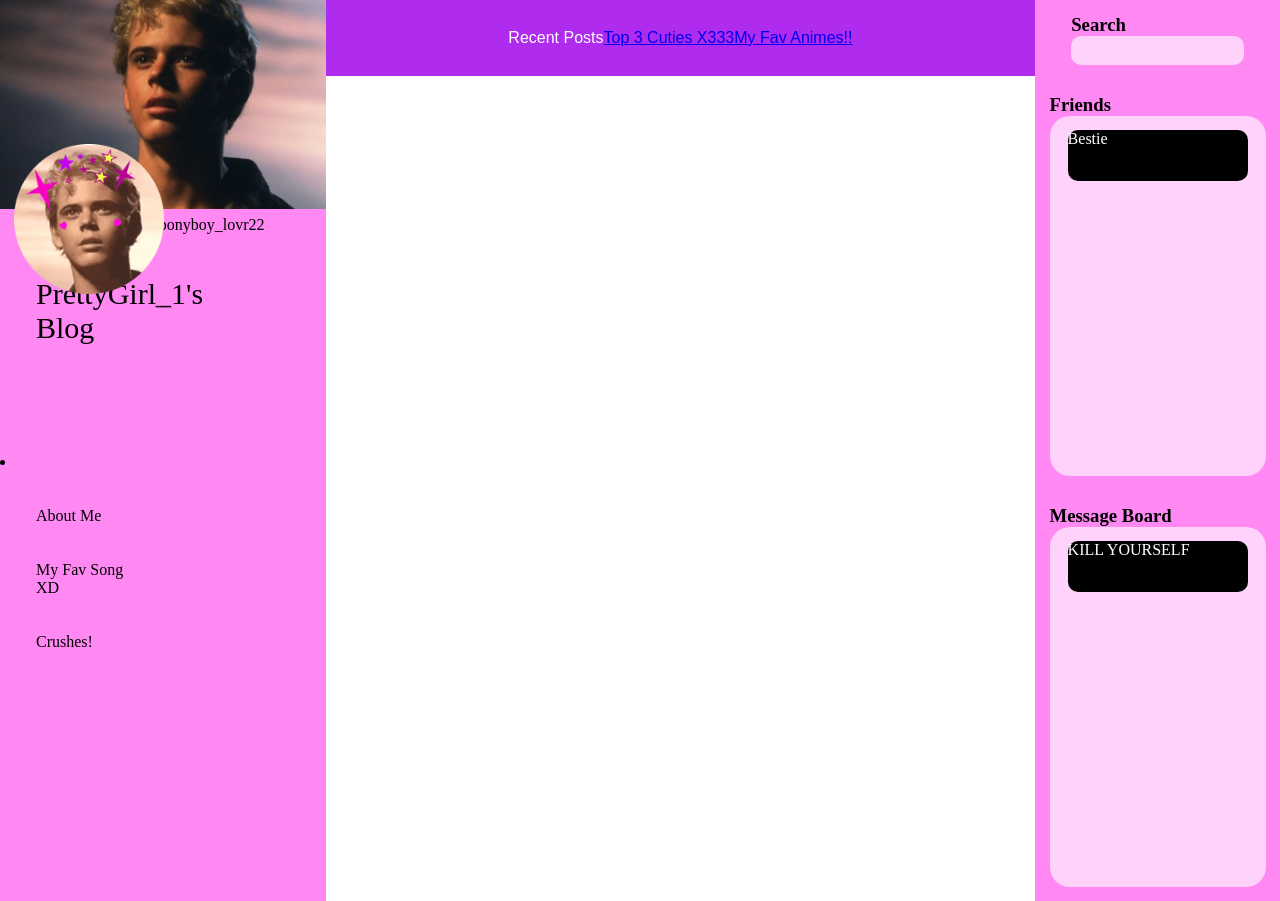
Repository: Jennica1/Frontend-Final
Page: index.html
An editor plug-in stored every save of this project. The page is shown before and after the next save, followed by the edit.
The browser window is 1280 px wide. The pictures show the whole page.

Above is the page before, as saved 2024-05-16 20:43:26.

After the next save:
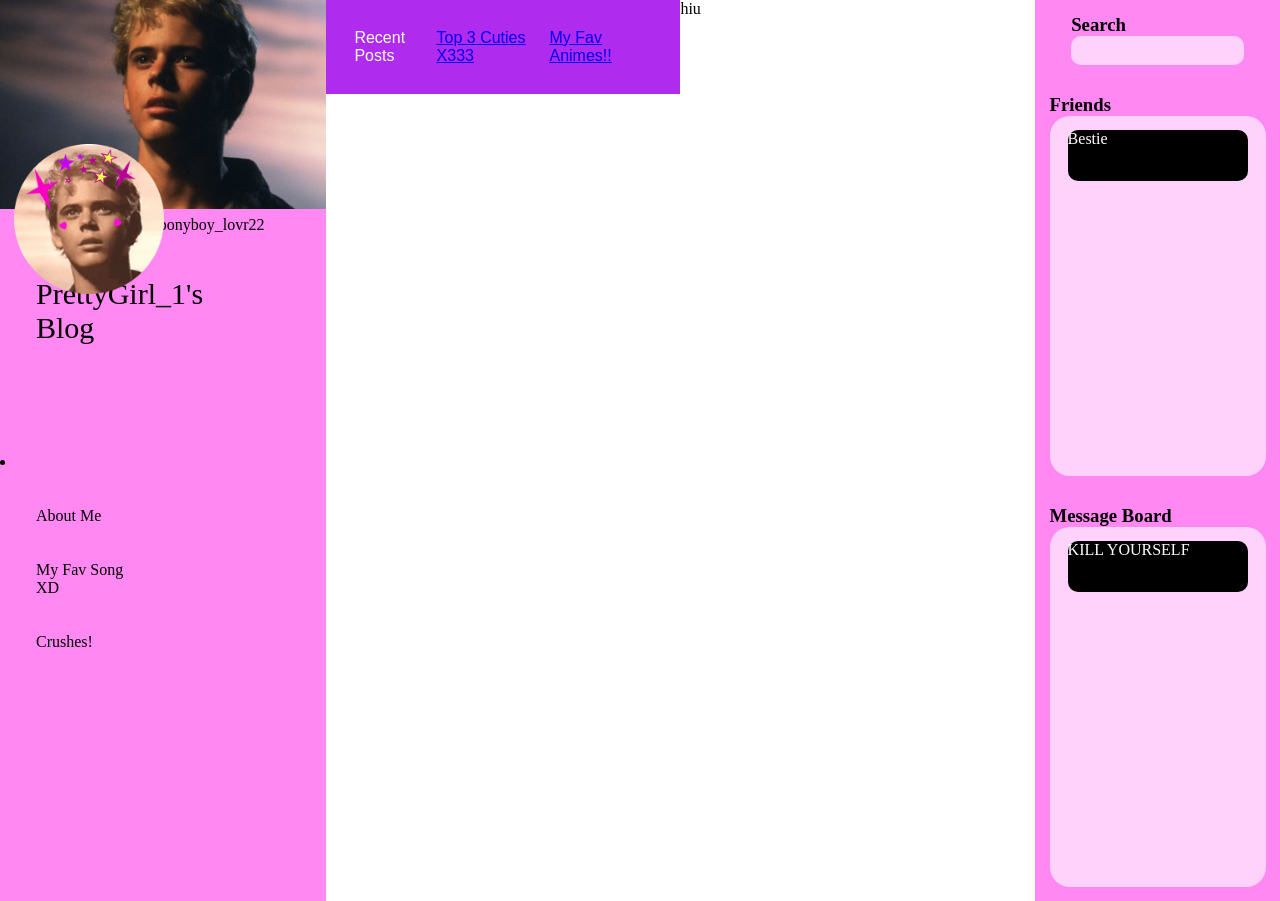
Saved 4 min 10 s later.
--- a/index.html
+++ b/index.html
@@ -28,9 +28,8 @@
           </li>
         </div>
       </div>
-      <!-- recents -->
-      <div class="">
-      </div>
+
+
 
       <div class="main-content"> <!-- PUT ALL MAIN CONTENT BELOW THE HEADER -->
         <!-- Header -->
@@ -42,7 +41,10 @@
           </li>
         </header>
       </div>
-
+     <!-- recents -->
+      <div class="main-content">
+        <p>hiu</p>
+      </div>
       <!-- Pagination
     <div class="">
       <div class="">

After the save that followed:
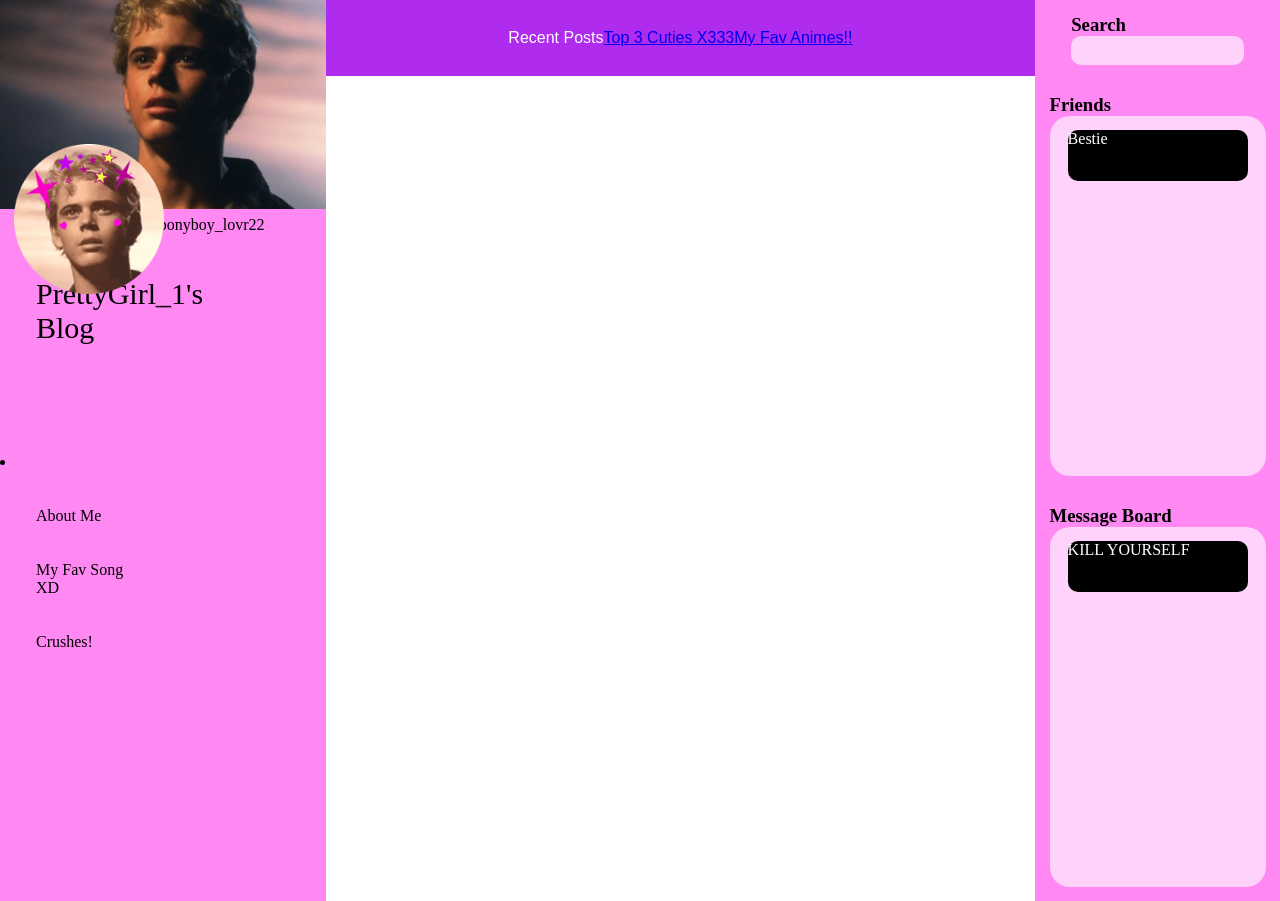
Saved 12 s later.
--- a/index.html
+++ b/index.html
@@ -42,9 +42,7 @@
         </header>
       </div>
      <!-- recents -->
-      <div class="main-content">
-        <p>hiu</p>
-      </div>
+
       <!-- Pagination
     <div class="">
       <div class="">
